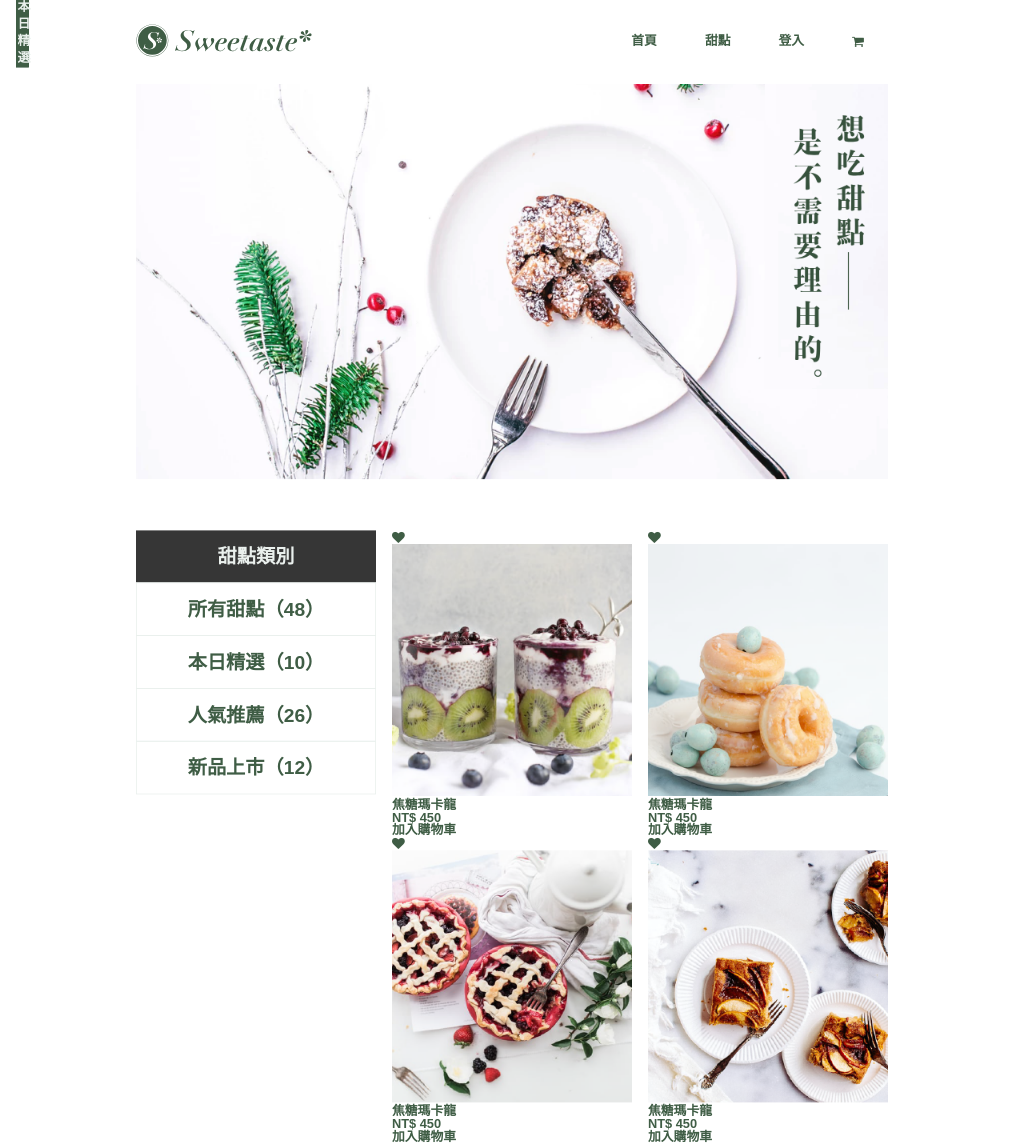
Repository: michelle61219/Sweets
Page: index.html
An editor plug-in stored every save of this project. The page is shown before and after the next save, followed by the edit.
The browser window is 1280 px wide. The pictures show the whole page, at 80% of full size.

Above is the page before, as saved 2021-06-13 15:27:55.

### index.html
<!DOCTYPE html>
<html lang="en">
	<head>
		<meta charset="UTF-8" />
		<meta http-equiv="X-UA-Compatible" content="IE=edge" />
		<meta name="viewport" content="width=device-width, initial-scale=1.0" />
		<link rel="stylesheet" href="style.css" />
		<link
			rel="stylesheet"
			href="https://cdnjs.cloudflare.com/ajax/libs/font-awesome/4.7.0/css/font-awesome.min.css"
		/>
		<title>甜點電商</title>
	</head>
	<body>
		<header></header>
		<div class="header container">
			<h1>
				<a href="#">
					<img
						width="220"
						height="40"
						src="images/logo-all-dark.svg"
						alt="logo"
					/>
				</a>
			</h1>
			<nav>
				<ul class="menu">
					<li><a href="#">首頁</a></li>
					<li><a href="#">甜點</a></li>
					<li><a href="#">登入</a></li>
					<li>
						<a href="#">
							<i class="fa fa-shopping-cart"></i>
						</a>
					</li>
				</ul>
			</nav>
		</div>
		<div class="banner container">
			<img src="images/banner.png" alt="banner" />
		</div>
		<div class="main container">
			<div class="aside">
				<h2>甜點類別</h2>
				<ul>
					<li><a href="#">所有甜點（48）</a></li>
					<li><a href="#">本日精選（10）</a></li>
					<li><a href="#">人氣推薦（26）</a></li>
					<li><a href="#">新品上市（12）</a></li>
				</ul>
			</div>
			<div class="productList">
				<ul class="productList-card">
					<li>
						<div class="tag">本日精選</div>
						<i class="fa fa-heart heart"></i>
						<img src="images/p-1.png" alt="p1" />
						<div class="productList-card-body">
							<h2>焦糖瑪卡龍</h2>
							<span>NT$ 450</span>
						</div>
						<a href="#" class="cart">加入購物車</a>
					</li>
					<li>
						<div class="tag">本日精選</div>
						<i class="fa fa-heart heart"></i>
						<img src="images/p-2.png" alt="p1" />
						<div class="productList-card-body">
							<h2>焦糖瑪卡龍</h2>
							<span>NT$ 450</span>
						</div>
						<a href="#" class="cart">加入購物車</a>
					</li>
					<li>
						<div class="tag">本日精選</div>
						<i class="fa fa-heart heart"></i>
						<img src="images/p-3.png" alt="p1" />
						<div class="productList-card-body">
							<h2>焦糖瑪卡龍</h2>
							<span>NT$ 450</span>
						</div>
						<a href="#" class="cart">加入購物車</a>
					</li>
					<li>
						<div class="tag">本日精選</div>
						<i class="fa fa-heart heart"></i>
						<img src="images/p-4.png" alt="p1" />
						<div class="productList-card-body">
							<h2>焦糖瑪卡龍</h2>
							<span>NT$ 450</span>
						</div>
						<a href="#" class="cart">加入購物車</a>
					</li>
				</ul>
			</div>
		</div>
	</body>
</html>

### style.css
/* http://meyerweb.com/eric/tools/css/reset/
   v2.0 | 20110126
   License: none (public domain)
*/

html,
body,
div,
span,
applet,
object,
iframe,
h1,
h2,
h3,
h4,
h5,
h6,
p,
blockquote,
pre,
a,
abbr,
acronym,
address,
big,
cite,
code,
del,
dfn,
em,
img,
ins,
kbd,
q,
s,
samp,
small,
strike,
strong,
sub,
sup,
tt,
var,
b,
u,
i,
center,
dl,
dt,
dd,
ol,
ul,
li,
fieldset,
form,
label,
legend,
table,
caption,
tbody,
tfoot,
thead,
tr,
th,
td,
article,
aside,
canvas,
details,
embed,
figure,
figcaption,
footer,
header,
hgroup,
menu,
nav,
output,
ruby,
section,
summary,
time,
mark,
audio,
video {
	margin: 0;
	padding: 0;
	border: 0;
	font-size: 100%;
	font: inherit;
	vertical-align: baseline;
}
/* HTML5 display-role reset for older browsers */
article,
aside,
details,
figcaption,
figure,
footer,
header,
hgroup,
menu,
nav,
section {
	display: block;
}
body {
	line-height: 1;
}
ol,
ul {
	list-style: none;
}
blockquote,
q {
	quotes: none;
}
blockquote:before,
blockquote:after,
q:before,
q:after {
	content: '';
	content: none;
}
table {
	border-collapse: collapse;
	border-spacing: 0;
}
img {
	max-width: 100%;
	height: auto;
}

/* ---CSS Starts from Here--- */

body {
	color: #3f5d45;
	font-family: Arial, Helvetica, sans-serif;
	font-weight: bold;
}

a {
	color: #3f5d45;
	text-decoration: none;
}

.container {
	width: 940px; /* based on main image */
	margin: 0 auto;
}

.header {
	display: flex;
	justify-content: space-between;
	align-items: center;
	padding-top: 30px;
	padding-bottom: 30px;
}

.menu {
	display: flex;
}

.menu a {
	padding: 10px 30px 8px 30px;
}

.menu a:hover {
	background: #3f5d45;
	color: white;
}

.banner {
	margin-bottom: 60px;
}

.main {
	display: flex;
	justify-content: space-between;
}

/* based on banner's width */
.aside {
	width: 300px;
}

.aside h2 {
	background: #363636;
	color: #eaf0ed;
	text-align: center;
	font-size: 24px;
	line-height: 65px;
}

.aside li {
	/* Avoid overlaying border lines between each list */
	margin-bottom: -1px;
}
.aside a {
	font-size: 24px;
	text-align: center;
	display: block;
	line-height: 65px;
	border: 1px solid #eaf0ed;
}
.aside a:hover {
	background: #eaf0ed;
}

.productList {
	width: 620px;
}
.productList-card {
	display: flex;
	flex-wrap: wrap;
	justify-content: space-between;
}
.productList-card li {
	width: 300px;
}

.productList-card .tag {
	position: absolute;
	left: 20px;
	top: 0px;
	writing-mode: vertical-lr;
	letter-spacing: 5px;
	background: #3f5d45;
	color: #eaf0ed;
}

After the next save:
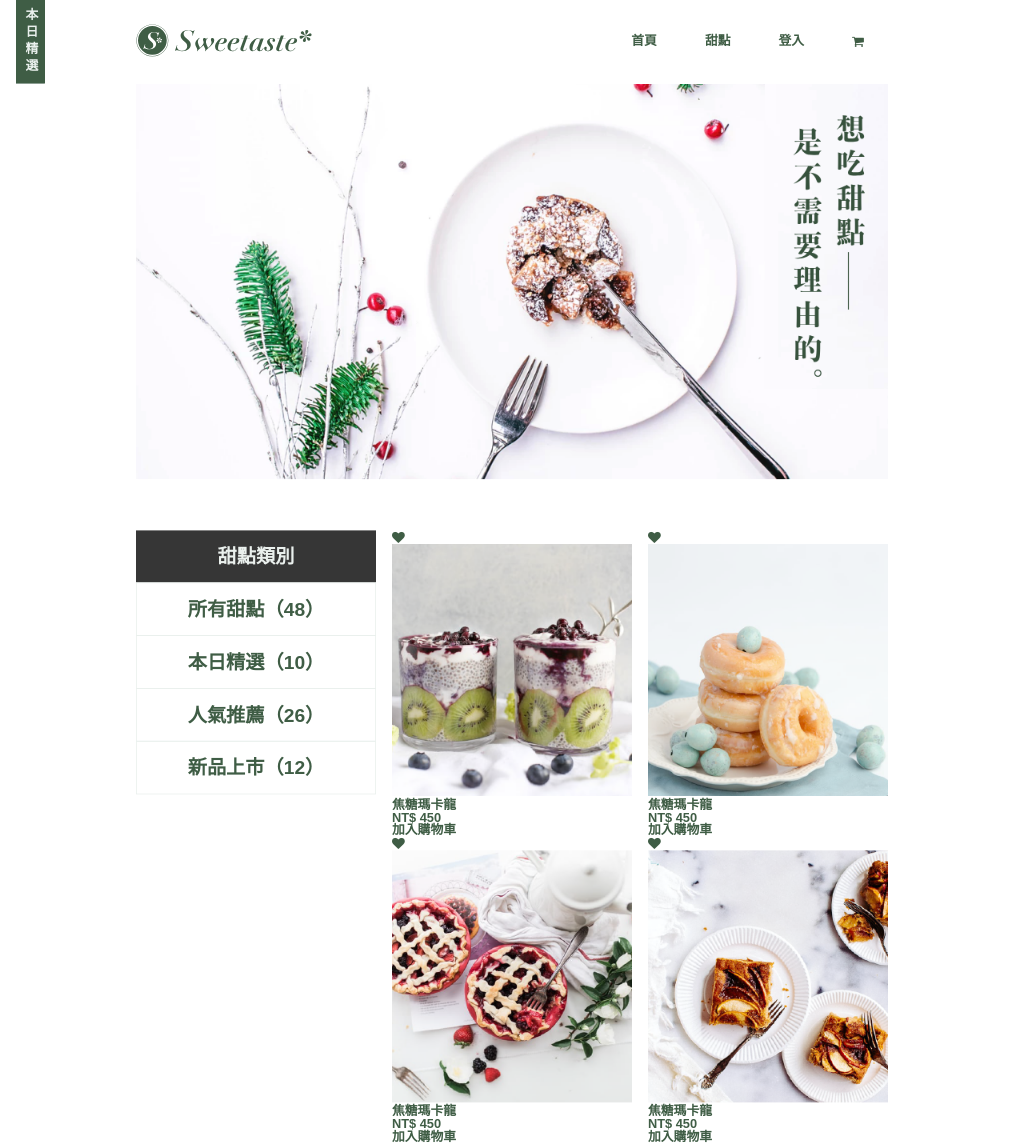
Saved 56 s later.
--- a/style.css
+++ b/style.css
@@ -224,8 +224,10 @@ a {
 	position: absolute;
 	left: 20px;
 	top: 0px;
+	/* text */
 	writing-mode: vertical-lr;
 	letter-spacing: 5px;
+	padding: 10px;
 	background: #3f5d45;
 	color: #eaf0ed;
 }
